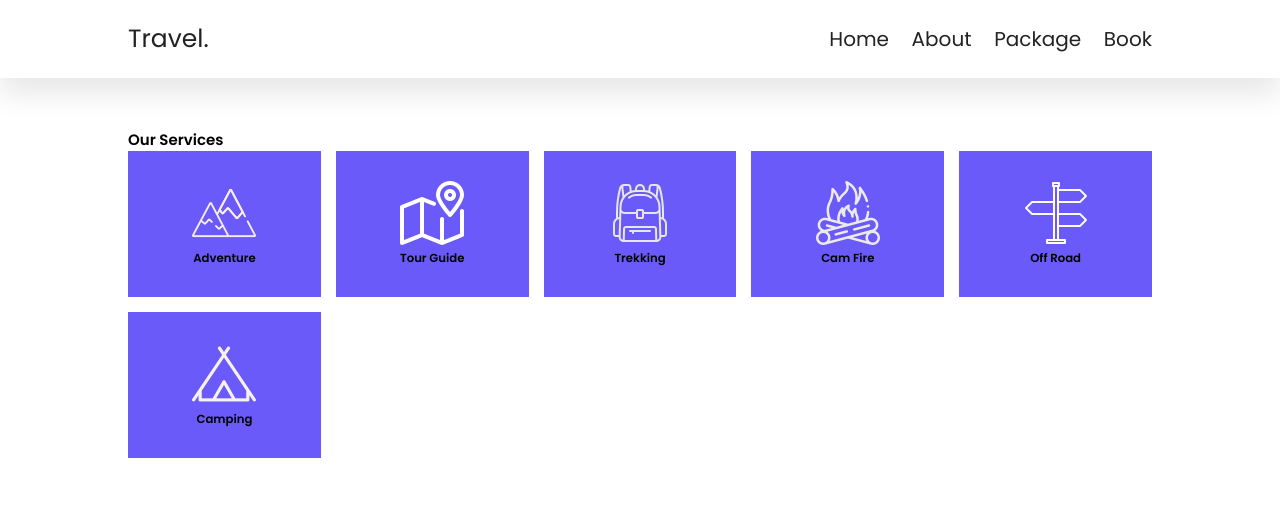
Repository: CTCuong/Traveloka-Web
Page: assets/home.html
The author's editor kept a copy of each file at every save. The page is drawn from the files as they stood at one save, then again after the next save.
The browser window is 1280 px wide. The pictures show the part of the page from y = 0 to 508 px (the page is 1154 px tall before and 1174 px after).
Pictures or frames that could not be fetched are drawn as grey boxes. Backgrounds fixed to the window are drawn as part of the page.

Above is the page before, as saved 2023-07-03 21:10:33.

### assets/home.html
<!DOCTYPE html>
<html lang="en">
<head>
    <meta charset="UTF-8">
    <meta name="viewport" content="width=device-width, initial-scale=1.0">
    <title>Document</title>
    <!--swiper css-->
    <link rel="stylesheet"href="https://cdn.jsdelivr.net/npm/swiper@9/swiper-bundle.min.css"/>
    <!--font awesome link-->
    <link rel="stylesheet" href="https://cdnjs.cloudflare.com/ajax/libs/font-awesome/6.4.0/css/all.min.css">
    <!-- css file link -->
    <link rel="stylesheet" href="/assets/css/style.css">
</head>
<body>
    <!-- header section starts -->
    <section class="header">
        <a href="home.html" class="logo">travel.</a>

        <nav class="navbar">
            <a href="home.html">Home</a>
            <a href="about.html">About</a>
            <a href="package.html">Package</a>
            <a href="book.html">Book</a>

        </nav>

        <div id="menu-btn" class="fas fa-bars"></div>
    </section>
    <!-- header section ends -->

    <!-- services section starts -->
    <section class="services">
        <h1 class="heading-title"> our services </h1>

        <div class="box-container">

            <div class="box">
                <img src="/assets/image/Services/1.png" alt="">
                <h3> adventure </h3>
            </div>

            <div class="box">
                <img src="/assets/image/Services/2.png" alt="">
                <h3> tour guide </h3>
            </div>

            <div class="box">
                <img src="/assets/image/Services/3.png" alt="">
                <h3> trekking </h3>
            </div>


            <div class="box">
                <img src="/assets/image/Services/4.png" alt="">
                <h3> cam fire </h3>
            </div>

            <div class="box">
                <img src="/assets/image/Services/5.png" alt="">
                <h3> off road </h3>
            </div>

            <div class="box">
                <img src="/assets/image/Services/6.png" alt="">
                <h3> camping </h3>
            </div>

        </div>
    </section>
    <!-- services section ends -->



    <!-- footer section starts -->

    <section class="footer">
        <div class="box-container">

            <div class="box">
                <h3>quick links</h3>
                <a href="home.html"><i class="fas fa-angle-right"></i>Home</a>
                <a href="about.html"><i class="fas fa-angle-right"></i>About</a>
                <a href="package.html"><i class="fas fa-angle-right"></i>Package</a>
                <a href="book.html"><i class="fas fa-angle-right"></i>Book</a>
            </div>

            <div class="box">
                <h3>extra links</h3>
                <a href="#"><i class="fas fa-angle-right"></i> ask question</a>
                <a href="#"><i class="fas fa-angle-right"></i> about us</a>
                <a href="#"><i class="fas fa-angle-right"></i> privacy policy</a>
                <a href="#"><i class="fas fa-angle-right"></i> terms of use</a>
            </div>

            <div class="box">
                <h3>contract info</h3>
                <a href="#"><i class="fas fa-phone"></i> +84 098-326-789 </a>
                <a href="#"><i class="fas fa-phone"></i> +84 023-908-7865 </a>
                <a href="#"><i class="fas fa-envelope"></i> travekhanas@gmail.com </a>
                <a href="#"><i class="fas fa-map"></i> HaNoi, VietNam   </a>
            </div>

            <div class="box">
                <h3>follow us</h3>
                <a href="#"><i class="fab fa-facebook"></i> facebook </a>
                <a href="#"><i class="fab fa-twitter"></i> twitter </a>
                <a href="#"><i class="fab fa-instagram"></i> instagram </a>
                <a href="#"><i class="fab fa-telegram"></i> telegram </a>
            </div>

        </div>

        <div class="credit"> created by <span>mr. Cao Tran Cuong</span> | all rights reserved! </div>
    </section>
    <!-- footer section ends -->

    <!--swiper js-->
    <script src="https://cdn.jsdelivr.net/npm/swiper@9/swiper-bundle.min.js"></script>
    <!-- js file link -->
    <script src="/assets/js/scrip.js"></script>
</body>
</html>

### assets/css/style.css
@import url('https://fonts.googleapis.com/css2?family=Poppins:ital,wght@0,100;0,200;0,300;0,400;0,500;0,600;1,100;1,200;1,300;1,400;1,500;1,600&display=swap');

:root {
    --main-color:#6A5AF9;
    --black:#222;
    --white: #fff;
    --light-black:#777;
    --light-white:#fff9;
    --drak-bg:rgba(0,0,0,.7);
    --light-bg:#eee;
    --border:1rem solid var(var(--black));
    --text-shadow:0 1.5rem 3rem rgba(0,0,0,.3);
    --box-shadow:0 1.5rem 3rem rgba(0,0,0,.1);
}
* {
    font-family: 'Poppins', sans-serif;
    margin: 0; padding: 0;
    box-sizing: border-box;
    outline: none; border: none;
    text-decoration: none;
    text-transform: capitalize;

}

html {
    font-size: 62.5%;
    overflow-x: hidden;
}

html::-webkit-scrollbar {
    width : 1rem;
}

html::-webkit-scrollbar-track {
    background-color: var(--white);
}

html::-webkit-scrollbar-thumb {
    background-color: var(--main-color);
}
section {
    padding: 5rem 10%;
}
.header {
    position: sticky;
    top:0; left: 0; right: 0;
    z-index: 1000;
    background-color: var(--white);
    display: flex;
    padding-top: 2rem;
    padding-bottom: 2rem;
    box-shadow: var(--box-shadow);
    align-items: center;
    justify-content:space-between;
}

.header .logo {
    font-size: 2.5rem;
    color: var(--black);
}

.header .navbar a {
    font-size: 2rem;
    margin-left: 2rem;
    color: var(--black);
}

#menu-btn {
    font-size: 2.5rem;
    color: var(--black);
    cursor: pointer;
    display: none;
}

.services .box-container {
    display: grid;
    grid-template-columns: repeat(auto-fit, minmax(16rem, 1fr));
    gap : 1.5rem;
}

.services .box-container .box {
    padding: 3rem 2rem;
    text-align: center;
    background: var(--main-color);

}


























.footer {
    background:url(/assets/image/Footer/low-angle-nature-night-time.jpg) no-repeat;
    background-size: cover;
    background-position: center;
    background-attachment: fixed;
}

.footer .box-container {
    display: grid;
    grid-template-columns: repeat(auto-fit, minmax(25rem, 1fr));
    gap : 3rem;
}

.footer .box-container .box h3{
    color: var(--white);
    font-size: 2.5rem;
    padding-bottom: 2rem;
}

.footer .box-container .box a {
    color: var(--light-white);
    font-size: 1.5rem;
    padding-bottom: 1.5rem;
    display: block;
}

.footer .box-container .box a i {
    color: var(--main-color);
    padding-right: .5rem;
    transition: .2s linear ;
}

.footer .box-container .box a:hover i {
    padding-right: 2rem;
}

.footer .credit {
    text-align: center;
    padding-top: 3.5rem;
    margin-top: 3rem;
    border-top: .1rem solid var(--light-bg);
    font-size: 2rem;
    color: var(--white);
}

.footer .credit span {
    color:var(--main-color);
}



/* media queries */
@media (max-width:1200px) {

    section {
        padding: 3rem 5%;
    }

}

@media (max-width:991px) {

    html {
        font-size: 55%;
    }

    section {
        padding: 3rem 2rem;
    }

}

@media (max-width:768px) {
    #menu-btn {
         display: inline-block;
         transition: .2s linear;
    }

    #menu-btn.fa-times {
        transform: rotate(180deg);
    }

    .header .navbar {
        position: absolute;
        top:99%; left:0; right:0;
        background-color: var(--white);
        border-top: var(--border);
        padding: 2rem;
        transition: .2s linear;
        clip-path: polygon(0 0, 100% 0, 100% 0, 0 0);
    }

    .header .navbar.active {
        clip-path: polygon(0 0, 100% 0, 100% 100%, 0 100%);
    }

    .header .navbar a {
        display:block;
        margin: 2rem;
        text-align: center ;
    }

}
@media (max-width:450px) {

    html {
        font-size: 50%;
    }

}

### assets/js/scrip.js
let menu = document.querySelector('#menu-btn');
let navbar = document.querySelector('.header .navbar');

menu.onclick = () =>{
    menu.classList.toggle('fa-times');
    navbar.classList.toggle('active');
};

window.onscroll = () => {
    menu.classList.remove('fa-times')
    navbar.classList.remove('active')

}

After the next save:
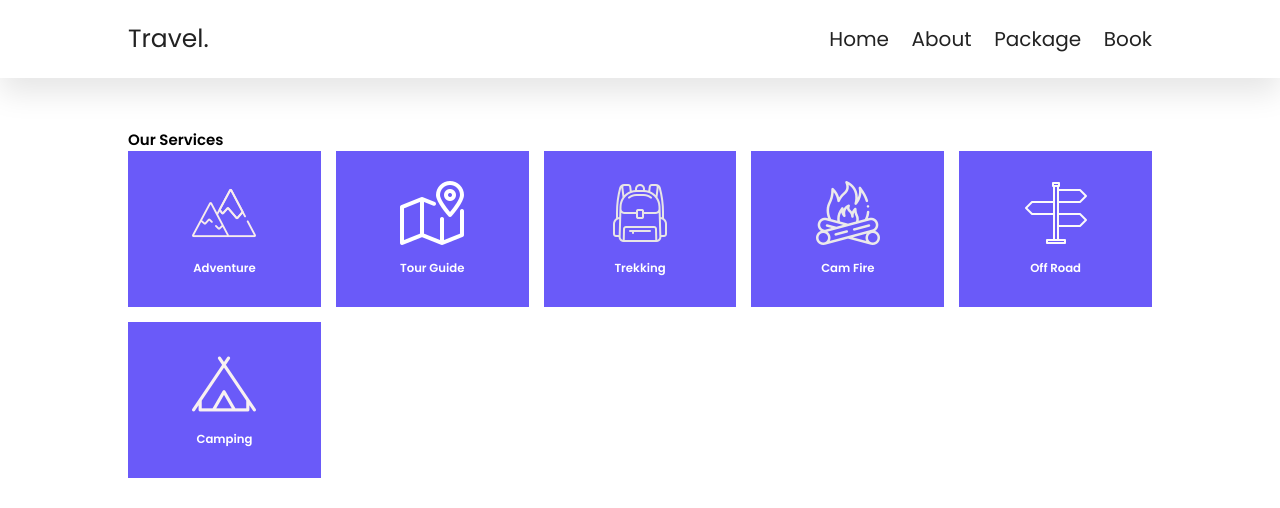
Saved 5 min 11 s later.
--- a/assets/css/style.css
+++ b/assets/css/style.css
@@ -85,6 +85,16 @@ section {
 
 }
 
+.services .box-container .box h3 {
+    color: var(--white);
+    font-size: 1,7rem;
+    padding-top: 1rem;
+}
+
+.services .box-container .box:hover {
+    background: ;
+}
+
 
 
 
